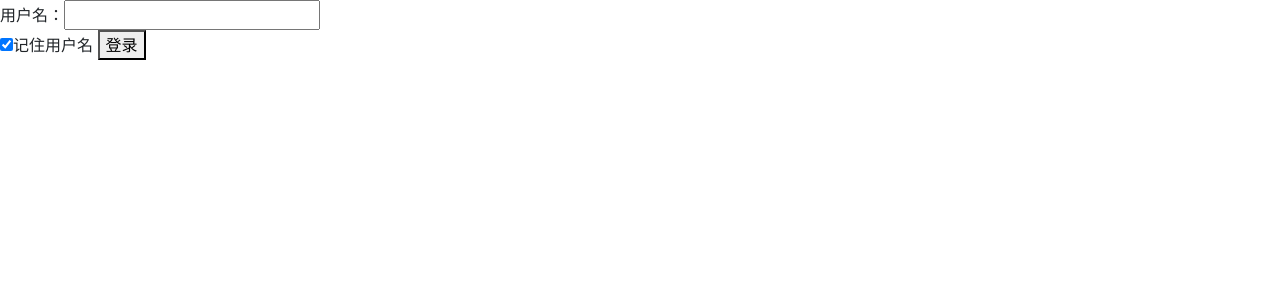
Repository: zenghao518518/Vue
Page: 6-表单控件绑定/01-表单绑定.html
An editor plug-in stored every save of this project. The page is shown before and after the next save, followed by the edit.
The browser window is 1280 px wide. The pictures show the whole page.

Above is the page before, as saved 2023-08-16 13:40:18.

### 6-表单控件绑定/01-表单绑定.html
<!DOCTYPE html>
<html lang="en">
  <head>
    <meta charset="UTF-8" />
    <meta http-equiv="X-UA-Compatible" content="IE=edge" />
    <meta name="viewport" content="width=device-width, initial-scale=1.0" />
    <title>Document</title>

    <link rel="stylesheet" href="..\Css\bootstrap.css" />
    <script src="..\Scrip\jquery-3.5.1.min.js"></script>
    <script src="..\Scrip\bootstrap.min.js"></script>
    <script src="..\Scrip\Vue.js"></script>
    <style></style>
  </head>
  <body>
    <div id="box">
      <div>用户名：<input type="text" v-model="mytext"></div>
      <input type="checkbox" v-model="isRemember"/>记住用户名
      <button @click="handleLogin">登录</button>
    </div>

    <script>
      var vm = new Vue({
        el: "#box",
        data() {
          return {
            mytext:"",
            isRemember:true
          };
        },
        methods: {
            handleLogin(){
                if (this.isRemember) {
                    localStorage.setItem("username",this.mytext)
                }
            }

        },
      });
    </script>
  </body>
</html>

Loaded but not shown: Css/bootstrap.css (library); Scrip/jquery-3.5.1.min.js (library); Scrip/bootstrap.min.js (library); Scrip/Vue.js (library)

After the next save:
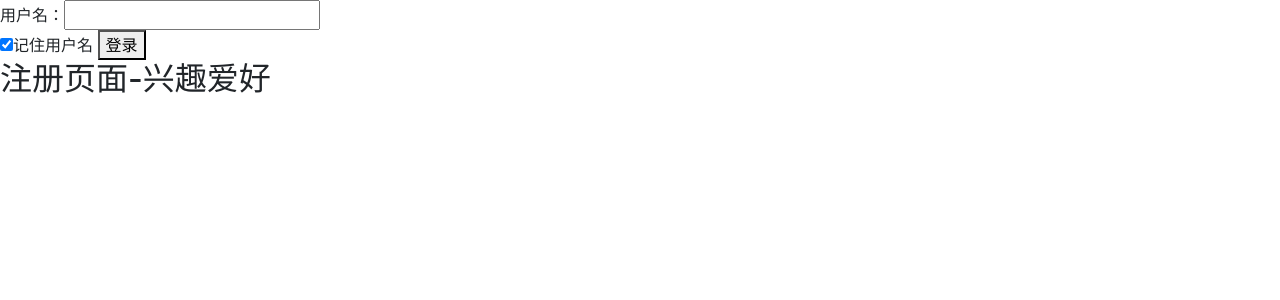
Saved 10 min 48 s later.
--- a/6-表单控件绑定/01-表单绑定.html
+++ b/6-表单控件绑定/01-表单绑定.html
@@ -17,6 +17,11 @@
       <div>用户名：<input type="text" v-model="mytext"></div>
       <input type="checkbox" v-model="isRemember"/>记住用户名
       <button @click="handleLogin">登录</button>
+
+
+      <div>
+        <h2>注册页面-兴趣爱好</h2>
+      </div>
     </div>
 
     <script>
